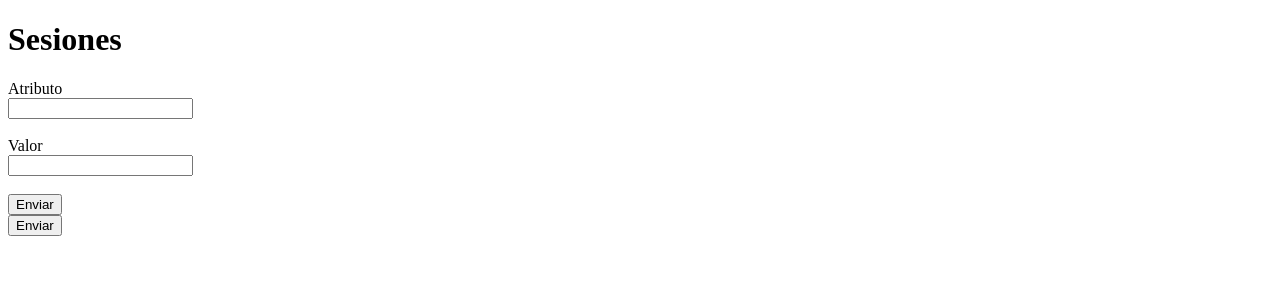
Repository: cabotillo/javaee
Page: Sesiones/WebContent/index.html
These files come from the project's save history. The page is drawn as it stood at one moment and after the next save; the edit follows.
The browser window is 1280 px wide. The pictures show the whole page.

Above is the page before, as saved 2017-02-16 18:52:51.

After the next save:
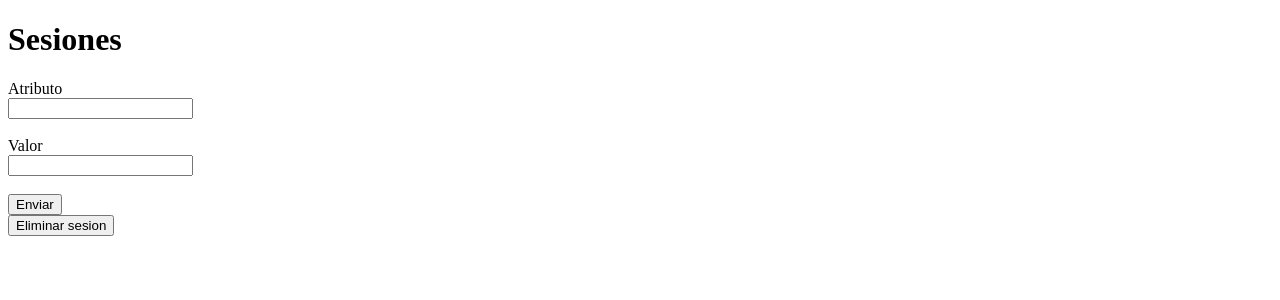
Saved 54 s later.
--- a/Sesiones/WebContent/index.html
+++ b/Sesiones/WebContent/index.html
@@ -15,7 +15,7 @@ Valor<br><input type="text" name="valor"><br><br>
 
 <form action="/Sesiones/invalidar">
 
-<input type="submit" value="Enviar" >
+<input type="submit" value="Eliminar sesion" >
 
 </form>
 
